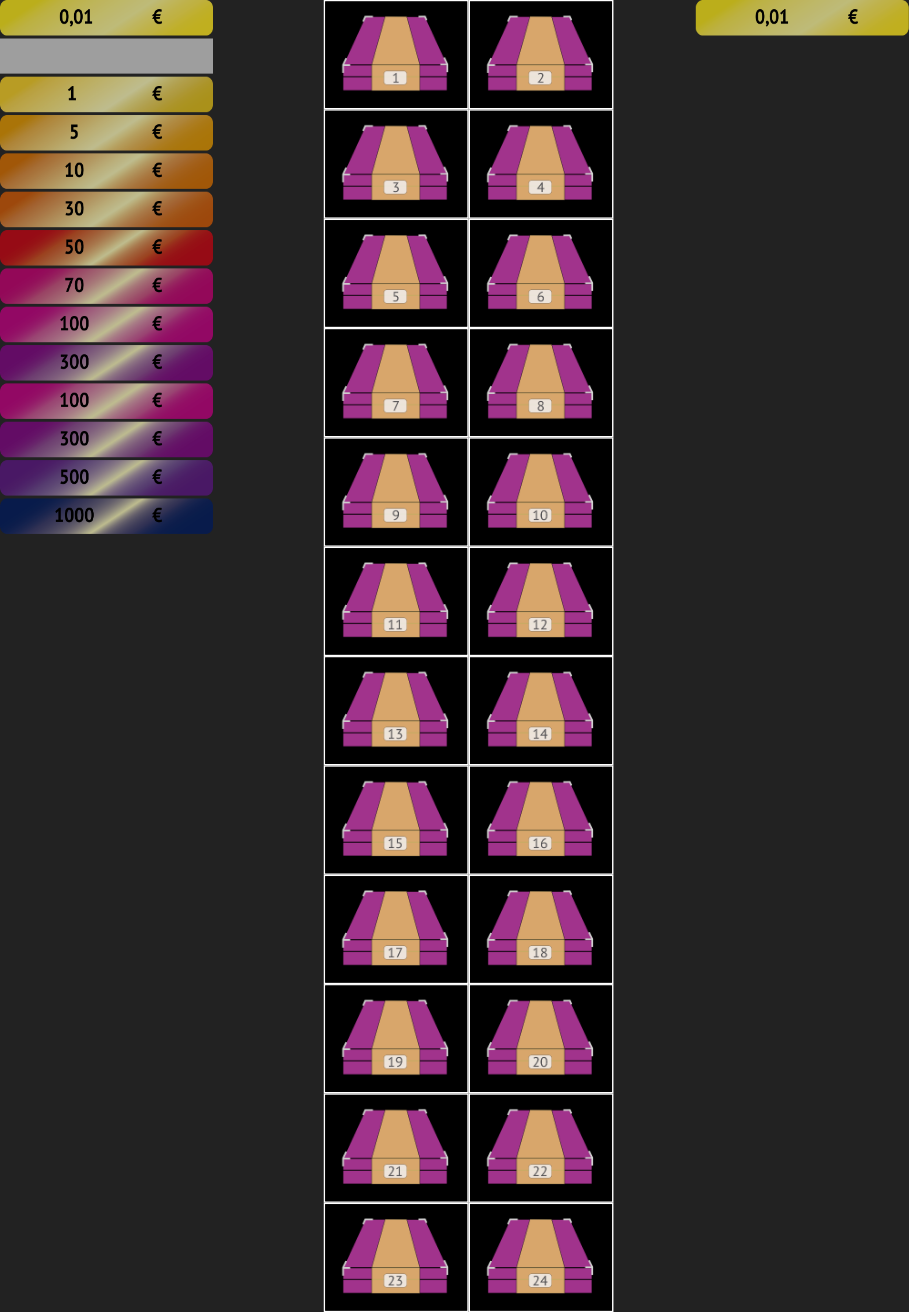
Repository: elnacp/Deal_or_no_deal
Page: DealOrNoDeal/index.html
The author's editor kept a copy of each file at every save. The page is drawn from the files as they stood at one save, then again after the next save.
The browser window is 1280 px wide. The pictures show the whole page, at 71% of full size.
Pictures or frames that could not be fetched are drawn as grey boxes. Some web libraries are served in a nearby version.

Above is the page before, as saved 2017-11-25 23:34:57.

After the next save:
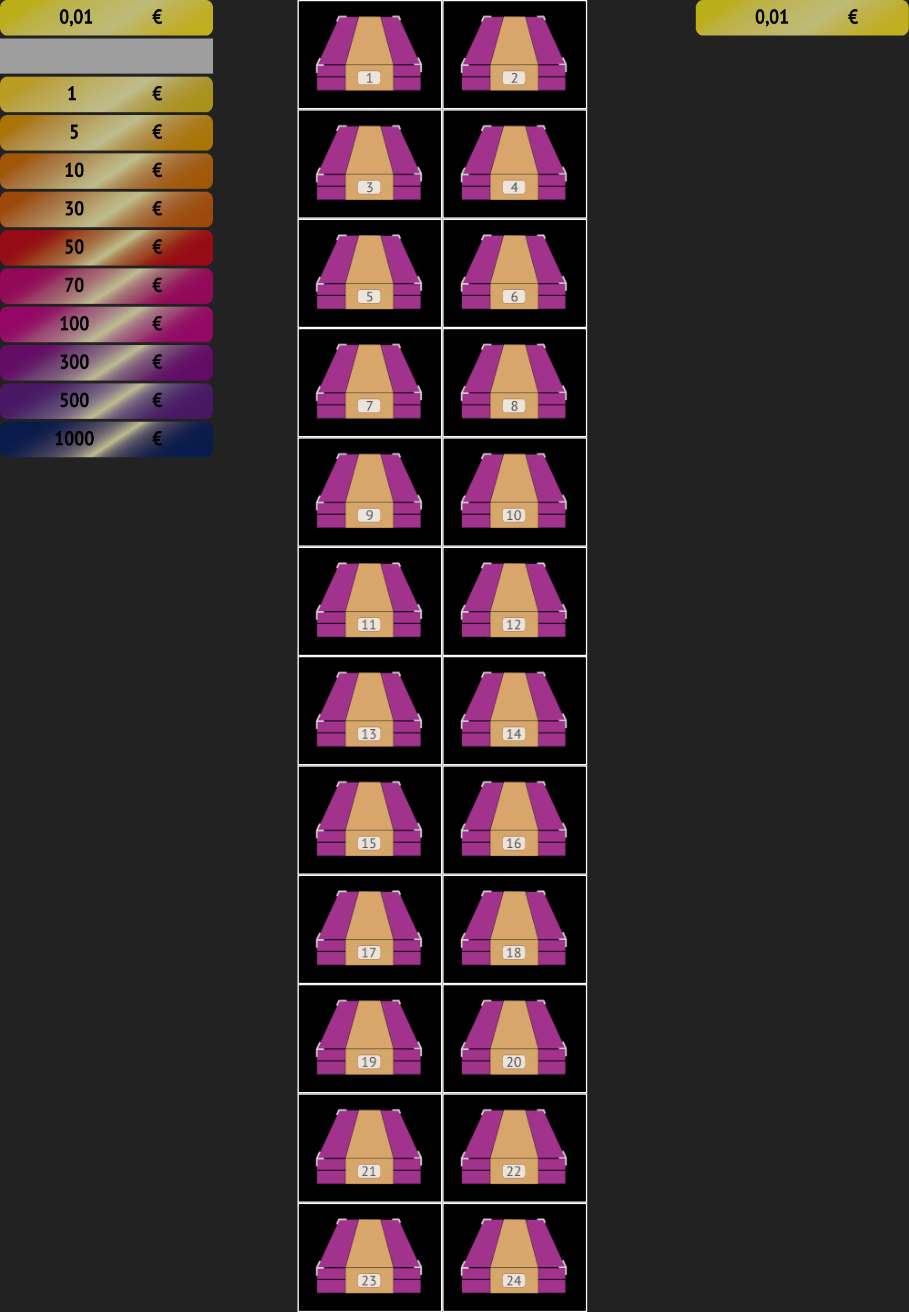
Saved 90 s later.
--- a/DealOrNoDeal/index.html
+++ b/DealOrNoDeal/index.html
@@ -27,10 +27,9 @@
 			<input type="image"  id ="prizes" src="./img/prizes/70.png"     />
 			<input type="image"  id ="prizes" src="./img/prizes/100.png"    />
 			<input type="image"  id ="prizes" src="./img/prizes/300.png"    />
-			<input type="image"  id ="prizes" src="./img/prizes/100.png"    />
-			<input type="image"  id ="prizes" src="./img/prizes/300.png"    />
 			<input type="image"  id ="prizes" src="./img/prizes/500.png"    />
 			<input type="image"  id ="prizes" src="./img/prizes/1000.png"    />
+
 		</div>
 		<div id="central">
 			<div id="chests">
